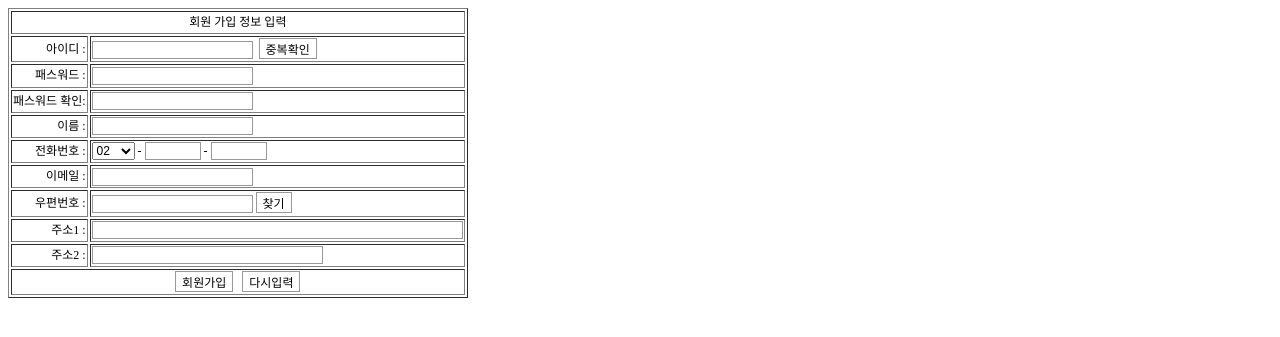
Repository: kdongjin/jspStudy
Page: http://localhost/jspStudy/memberone/regForm.jsp
These files come from the project's save history. The page is drawn as it stood at one moment and after the next save; the edit follows.
The browser window is 1280 px wide. The pictures show the whole page.
The page is served by Tomcat 9. Nobody is signed in. The application's start-up code is not run. Other server files are loaded and not shown.

Above is the page before, as saved 2024-12-11 01:20:16.
Console error (its wording comes from the project's code and is left out).

### jspStudy/src/main/webapp/memberone/regForm.jsp
<%@ page contentType="text/html; charset=UTF-8"%>
<html>
<head>
<title>Register Form</title>
<link href="style.css" rel="stylesheet" type="text/css" />
</head>
<body>
	<form method="post" action="regProc.jsp" name="regForm">
		<table border="1">
			<tr>
				<td colspan="2" align="center">회원 가입 정보 입력</td>
			</tr>
			<tr>
				<td align="right">아이디 :</td>
				<td><input type="text" name="id" />&nbsp; <input type="button"
					value="중복확인" onClick="#" /></td>
			</tr>
			<tr>
				<td align="right">패스워드 :</td>
				<td><input type="password" name="pass" /></td>
			</tr>
			<tr>
				<td align="right">패스워드 확인:</td>
				<td><input type="password" name="repass" /></td>
			</tr>
			<tr>
				<td align="right">이름 :</td>
				<td><input type="text" name="name" /></td>
			</tr>
			<tr>
				<td align="right">전화번호 :</td>
				<td><select name="phone1">
						<option value="02">02</option>
						<option value="010">010</option>
				</select> - <input type="text" name="phone2" size="5" /> - <input type="text"
					name="phone3" size="5" /></td>
			</tr>
			<tr>
				<td align="right">이메일 :</td>
				<td><input type="text" name="email" /></td>
			</tr>
			<tr>
				<td align="right">우편번호 :</td>
				<td><input type="text" name="zipcode" /> <input type="button"
					value="찾기" onClick="#" /></td>
			</tr>
			<tr>
				<td align="right">주소1 :</td>
				<td><input type="text" name="address1" size="50" /></td>
			</tr>
			<tr>
				<td align="right">주소2 :</td>
				<td><input type="text" name="address2" size="30" /></td>
			</tr>
			<tr>
				<td colspan="2" align="center"><input type="button"
					value="회원가입" onClick="#" />&nbsp;&nbsp; <input type="reset"
					value="다시입력" /></td>
			</tr>
		</table>
	</form>
</body>
</html>

### jspStudy/src/main/webapp/memberone/style.css
@charset "UTF-8";

BODY {
	FONT-SIZE: 9pt;
	COLOR: black;
	LINE-HEIGHT: 160%;
}

main {
	width: 80%;
	margin: 0 auto;
	display: flex;
	flex-direction: row;
	flex-wrap: wrap;
	justify-content: center;
	align-content: center;
}

TD {
	FONT-SIZE: 9pt;
	COLOR: black;
	LINE-HEIGHT: 160%;
}

SELECT {
	FONT-SIZE: 9pt;
	COLOR: black;
	LINE-HEIGHT: 160%;
}

DIV {
	FONT-SIZE: 9pt;
	COLOR: black;
	LINE-HEIGHT: 160%;
}

FORM {
	FONT-SIZE: 9pt;
	COLOR: black;
	LINE-HEIGHT: 160%;
}

TEXTAREA {
	BORDER-RIGHT: 1px solid #999999;
	BORDER-TOP: 1px solid #999999;
	FONT-SIZE: 9pt;
	BORDER-LEFT: 1px solid #999999;
	COLOR: BLACK;
	BORDER-BOTTOM: 1px solid #999999;
	BACKGROUND-COLOR: white
}

INPUT {
	BORDER-RIGHT: 1px solid #999999;
	BORDER-TOP: 1px solid #999999;
	FONT-SIZE: 9pt;
	BORDER-LEFT: 1px solid #999999;
	COLOR: BLACK;
	BORDER-BOTTOM: 1px solid #999999;
	BACKGROUND-COLOR: white
}

A:link {
	text-decoration: #696969
}

A:hover {
	text-decoration: #66CCFF
}

A:visited {
	text-decoration: #330066
}

After the next save:
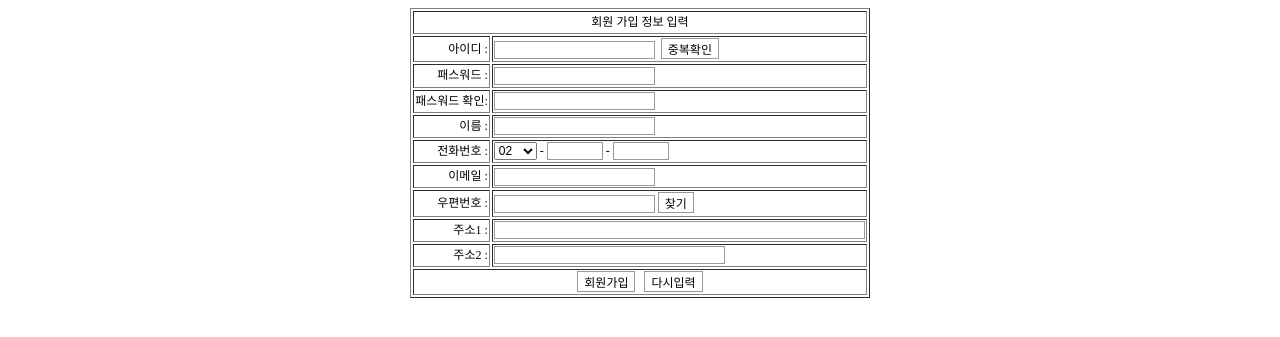
Saved 44 s later.
--- a/jspStudy/src/main/webapp/memberone/regForm.jsp
+++ b/jspStudy/src/main/webapp/memberone/regForm.jsp
@@ -5,59 +5,61 @@
 <link href="style.css" rel="stylesheet" type="text/css" />
 </head>
 <body>
-	<form method="post" action="regProc.jsp" name="regForm">
-		<table border="1">
-			<tr>
-				<td colspan="2" align="center">회원 가입 정보 입력</td>
-			</tr>
-			<tr>
-				<td align="right">아이디 :</td>
-				<td><input type="text" name="id" />&nbsp; <input type="button"
-					value="중복확인" onClick="#" /></td>
-			</tr>
-			<tr>
-				<td align="right">패스워드 :</td>
-				<td><input type="password" name="pass" /></td>
-			</tr>
-			<tr>
-				<td align="right">패스워드 확인:</td>
-				<td><input type="password" name="repass" /></td>
-			</tr>
-			<tr>
-				<td align="right">이름 :</td>
-				<td><input type="text" name="name" /></td>
-			</tr>
-			<tr>
-				<td align="right">전화번호 :</td>
-				<td><select name="phone1">
-						<option value="02">02</option>
-						<option value="010">010</option>
-				</select> - <input type="text" name="phone2" size="5" /> - <input type="text"
-					name="phone3" size="5" /></td>
-			</tr>
-			<tr>
-				<td align="right">이메일 :</td>
-				<td><input type="text" name="email" /></td>
-			</tr>
-			<tr>
-				<td align="right">우편번호 :</td>
-				<td><input type="text" name="zipcode" /> <input type="button"
-					value="찾기" onClick="#" /></td>
-			</tr>
-			<tr>
-				<td align="right">주소1 :</td>
-				<td><input type="text" name="address1" size="50" /></td>
-			</tr>
-			<tr>
-				<td align="right">주소2 :</td>
-				<td><input type="text" name="address2" size="30" /></td>
-			</tr>
-			<tr>
-				<td colspan="2" align="center"><input type="button"
-					value="회원가입" onClick="#" />&nbsp;&nbsp; <input type="reset"
-					value="다시입력" /></td>
-			</tr>
-		</table>
-	</form>
+	<main>
+		<form method="post" action="regProc.jsp" name="regForm">
+			<table border="1">
+				<tr>
+					<td colspan="2" align="center">회원 가입 정보 입력</td>
+				</tr>
+				<tr>
+					<td align="right">아이디 :</td>
+					<td><input type="text" name="id" />&nbsp; <input
+						type="button" value="중복확인" onClick="#" /></td>
+				</tr>
+				<tr>
+					<td align="right">패스워드 :</td>
+					<td><input type="password" name="pass" /></td>
+				</tr>
+				<tr>
+					<td align="right">패스워드 확인:</td>
+					<td><input type="password" name="repass" /></td>
+				</tr>
+				<tr>
+					<td align="right">이름 :</td>
+					<td><input type="text" name="name" /></td>
+				</tr>
+				<tr>
+					<td align="right">전화번호 :</td>
+					<td><select name="phone1">
+							<option value="02">02</option>
+							<option value="010">010</option>
+					</select> - <input type="text" name="phone2" size="5" /> - <input
+						type="text" name="phone3" size="5" /></td>
+				</tr>
+				<tr>
+					<td align="right">이메일 :</td>
+					<td><input type="text" name="email" /></td>
+				</tr>
+				<tr>
+					<td align="right">우편번호 :</td>
+					<td><input type="text" name="zipcode" /> <input type="button"
+						value="찾기" onClick="#" /></td>
+				</tr>
+				<tr>
+					<td align="right">주소1 :</td>
+					<td><input type="text" name="address1" size="50" /></td>
+				</tr>
+				<tr>
+					<td align="right">주소2 :</td>
+					<td><input type="text" name="address2" size="30" /></td>
+				</tr>
+				<tr>
+					<td colspan="2" align="center"><input type="button"
+						value="회원가입" onClick="#" />&nbsp;&nbsp; <input type="reset"
+						value="다시입력" /></td>
+				</tr>
+			</table>
+		</form>
+	</main>
 </body>
 </html>
